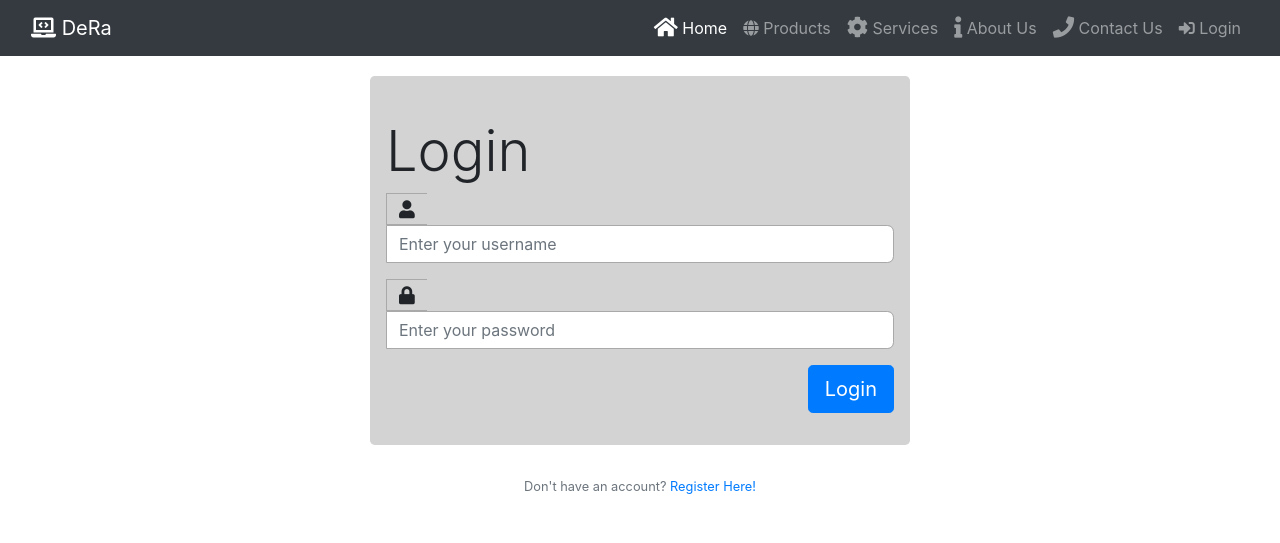
Repository: deividwsantoss/web6201-Lab1
Page: login.html
An editor plug-in stored every save of this project. The page is shown before and after the next save, followed by the edit.
The browser window is 1280 px wide. The pictures show the whole page.

Above is the page before, as saved 2021-03-03 16:05:24.

### login.html
<!DOCTYPE html>
<html lang="en">
<head>
    <meta charset="UTF-8">
    <meta name="viewport" content="width=device-width, initial-scale=1.0">
    <title>Login</title>
    <!-- CSS Section -->
    <link rel="stylesheet" href="./node_modules/bootstrap/dist/css/bootstrap.min.css">
    <link rel="stylesheet" href="./node_modules/@fortawesome/fontawesome-free/css/all.min.css">
    <link rel="stylesheet" href="./Content/app.css">
</head>
<body>
    <!-- Main Header -->
    <header>
        <!-- Main Navigation -->
        <header>
          <!-- Main Navegation-->
          <nav class="navbar navbar-expand-lg navbar-dark bg-dark">
              <div class="container-fluid">
                <a class="navbar-brand" href="index.html"><i class="fas fa-laptop-code"></i> DeRa</a>
                <button class="navbar-toggler" type="button" data-bs-toggle="collapse" data-bs-target="#navbarSupportedContent" aria-controls="navbarSupportedContent" aria-expanded="false" aria-label="Toggle navigation">
                  <span class="navbar-toggler-icon"></span>
                </button>
                <div class="collapse navbar-collapse" id="navbarSupportedContent">
                  <ul id="mainUl" class="navbar-nav ml-auto mb-2 mb-lg-0">
                    <li class="nav-item">
                      <a class="nav-link active" aria-current="page" href="index.html"><i class="fas fa-home fa-lg"></i> Home</a>
                    </li>
                    <li class="nav-item">
                      <a id="prod" class="nav-link" aria-current="page" href="products.html"><i class="fas fa-globe" name="prod"></i> Products</a>
                    </li>
                    <li class="nav-item">
                      <a class="nav-link" aria-current="page" href="services.html"><i class="fas fa-cog fa-lg"></i> Services</a>
                    </li>
                    <li class="nav-item">
                      <a id="aboutId" class="nav-link" aria-current="page" href="about.html"><i class="fas fa-info fa-lg"></i> About Us</a>
                    </li>
                    <li class="nav-item">
                      <a id="contactId" class="nav-link" aria-current="page" href="contact.html"><i class="fas fa-phone fa-lg"></i> Contact Us</a>
                    </li>
                    <li id="login" class="nav-item">
                      <a class="nav-link" aria-current="page" href="login.html"><i class="fas fa-sign-in-alt"></i> Login</a>
                    </li>
                  </ul>

                </div>
              </div>
            </nav>

      </header>

    <!-- Main Content -->
    <main class="container" id="mainContent">
      <div class="row">
          <div class="offset-md-3 col-md-6 col-sm-12">
                <div class="login" id="contentArea">
                    <h1 class="display-4">Login</h1>
                    <form id="loginForm" novalidate>

                      <div class="form-group">
                        <div class="input-group">
                          <span class="input-group-addon">
                            <i class="fa fa-user">
                            </i>
                          </span>
                          <input type="text" class="form-control" id="contactName" name="userName"  required
                          value="" placeholder="Enter your username">
                        </div>

                      </div>

                      <div class="form-group">
                        <div class="input-group">
                          <span class="input-group-addon">
                            <i class="fa fa-lock">
                            </i>
                          </span>
                          <input type="password" class="form-control" id="password" name="password"  required
                          value="" placeholder="Enter your password">
                        </div>

                      </div>
                      <div class="text-right">
                        <button id="submitButton" type="submit" class="btn btn-primary btn-lg">Login</button>
                      </div>
                    </form>

                </div>
                <p class="text-center text-muted small">
                  Don't have an account?
                  <a href="register.html">Register Here!</a>
                </p>
          </div>
      </div>
  </main>

    <!-- Main Footer -->


    <!-- Script Section-->
    <script src="./node_modules/jquery/dist/jquery.min.js"></script>
    <script src="./node_modules/bootstrap/dist/js/bootstrap.bundle.min.js"></script>
    <script src="./Scripts/namespace.js"></script>
    <script src="./Scripts/app.js"></script>
</body>
</html>

### Content/app.css
/* app.js

Author: Deivid Santos   ID: 100731640
Author: S m hasibur Rahman  ID:100765652

Date Completed: 02.04.2021
*/

html{
    height: 100%;
}
body{
    height: 100%;


}
.bg{
    background-image: url("Background-White.jpg");
    background-repeat: no-repeat;
    background-size: cover;
    background-position: center;
    opacity: 0.8;
    height: 100%;
}

.contactimage{
    background-image:url("contactimg.jpg");
    background-repeat: no-repeat;
    background-size: cover;
    background-position: center;
    opacity: 0.8;
}
.productsbg {
    background-image:url("productsbg.jpg");
    background-repeat: no-repeat;
    background-size: cover;
    background-position: center;
    opacity: 0.8;
    height: 778px;
}

.servicesbackgroud{
    height: 1200px;
    background-image:url("services.jpg");
    background-repeat: repeat;
    background-size: cover;
    background-position: center;
    opacity: 0.8;


}
.aboutus{
    background-image:url("bgimage.jpg");
    background-repeat: no-repeat;
    background-size: cover;
    background-position: center;
    opacity: 0.8;
}
#hrbg{
    background-image:url("hr.jpg");
    background-repeat: no-repeat;
    background-size: cover;
    background-position: center;
    opacity: 0.8;
}

#paragraphOne {
    color: black;
    font-size: 220%;
    margin-top: 25%;
    text-shadow: 2px 2px 4px #000;
    font-family: cursive;
    font-weight: bold;

}
h1{
    margin-top: 2%;
}

#custompg{
    width: 400px;

}

#projectsImg{
    width: 150px;
    margin-top: 10%;
}

#pic{
    width:310px; /* you can use % */
    height: auto;
}
/* */
#formId {
    margin-top: 5%;
}

#aboutmain{
    margin-top: 70px;
}
#dlParagraph{
    margin-top: 10%;
    margin-top: 20%;
    font-size: large;
    font-weight: bold;
}
#scotiaParagraph{
    margin-top: 15%;
    font-size: large;
    font-weight: bold;
}

#mainInformation{
    margin-top: 5%;
    margin-right: 0%;
    margin-left: 0%;
}
#mobileInfo{
    margin-top: 10%;
}

#canadianParagraph {
    margin-top: 15%;
    font-size: large;
    font-weight: bold;
}

.names {
    font-size: larger;
    font-weight: bold;
}

#hrMessage{
    text-align: center;
    margin-top: 200px;
    font-weight: bold;
    font-size: x-large;
}
.input-group-addon:first-child
{
    border-right: 0;
}

.input-group-addon
{
    padding: 6px 12px;
    font-size: 14px;
    font-weight: 400;
    line-height: 1;
    text-align: center;
    border: 1px solid darkgrey;
    border-radius: 4xpx;
}

.input-group-addon .fa
{
    font-size: 18px;
}

.input-group .form-control
{
    position:relative;
    z-index: 2;
    float:left;
    width: 100%;
    margin-bottom: 0;
}

.input-group .form-control:last-child
{
    border-top-left-radius: 0;
    border-bottom-left-radius: 0;
}



.login
{
    padding: 2rem 1rem;
    margin-bottom: 2rem;
    background-color: lightgrey;
    border-radius: .3rem;
    margin-top: 20px;
}

.login input
{
    background-color: white;
    border-color: darkgrey;
    border-radius: .4em;
    width: 100%;
}

### Scripts/namespace.js
/*
* Student: Deivid Santos
* ID: 100731640
*/

// namespace core

let core;

### Scripts/app.js
/* app.js

Author: Deivid Santos   ID: 100731640
Author: S m hasibur Rahman  ID:100765652

Date Completed: 02.04.2021
*/


"use strict";

((core) =>
{

    function addHr(){

        let navIn = document.getElementById("mainUl");

        let liCreate = document.createElement('li');

        liCreate.innerHTML = `<a id="prod" class="nav-link" aria-current="page" href="hr.html"><i class="fas fa-globe" name="prod"></i> Human Resources</a>`;

        navIn.insertBefore(liCreate, navIn.getElementsByTagName("li")[4]);

    }

    function addFooter(){


        const body = document.body;
        let footerNav = document.createElement('footer');

        footerNav.innerHTML = `<nav class="navbar fixed-bottom navbar-light bg-light">
        <div class="container-fluid">
          <h4 ><i class="fas fa-copyright fa-sm"></i> Copyright 2021 </h4>
      </div>
        </nav>`

        body.appendChild(footerNav);

    }

    function Projects(){
        let productsElement = document.getElementById("prod");
        let prod = `<a id="prod" class="nav-link" aria-current="page" href="products.html"><i class="fas fa-globe" name="prod"></i> Projects</a>`;


        productsElement.innerHTML = prod;

        let prodNameElement = document.getElementById("prodName");
        let projectName = `<h1 id="prodName" class="text-center">Our Projects</h1>`

        prodNameElement.innerHTML = projectName;
    }
    function displayHome(){
        let paragraphOneText = "Welcome to DeRa Development Website for WebD6201";
        let paragraphOneElement = document.getElementById("paragraphOne");

        paragraphOneElement.textContent = paragraphOneText;
        paragraphOneElement.className = "fs-6 ";
    }
    function displayAbout(){

        let NameOneText = "Deivid Santos";
        let NameOneElemenet = document.getElementById("nameOne");

        NameOneElemenet.innerText = NameOneText;

        let NameTwoText = "Hasibur Rahman";
        let NameTwoElemenet = document.getElementById("nameTwo");

        NameTwoElemenet.innerText = NameTwoText;


    }
    function displayProducts(){

        //deloitte
        let dlText = "DeRa is proud for leading the main developing project for DL."
        let dlElement = document.getElementById("dlParagraph");

        dlElement.textContent = dlText;

        //Scotia
        let scotiaText = "Another Big company we are proud to have worked with"
        let scotiaElement = document.getElementById("scotiaParagraph");

        scotiaElement.textContent = scotiaText;
        // Canadian Tire

        let canadianParagraphText = "In 2020 we had the opportunity to work with one of the biggest companies in Canada! ";
        let canadianElement = document.getElementById("canadianParagraph");

        canadianElement.innerText = canadianParagraphText;

    }
    function displayHR(){
        let hrText = "Please, our Human Resources would be happy to get in touch with you by humanresources@dera.ca";
        let hrElement = document.getElementById("hrMessage");

        hrElement.innerText = hrText;
    }
    function displayServices(){

        //intro text
        let servicesIntroText = "DeRa Development can provide you the best customized solution for you";
        let servicesIntroElement = document.getElementById("serviceIntro");
        servicesIntroElement.textContent = servicesIntroText;

        // custom dev text
        let customParagraphText = "DeRa Development have been delivering successful custom programs to our clients since the date we were born. \nSince DeRa was born we have seen a rapid change in website technology which we were always able to adapt";
        let customParagraphElement = document.getElementById("customParagraph");

        customParagraphElement.innerText = customParagraphText;

        //mobile text

        let mobileParagraphText = "We have the knowledge and skills to provide you the best quality solution for any kind of device. \nMobile development is one of our strengths.";
        let mobileParagraphElement = document.getElementById("mobileInfo");

        mobileParagraphElement.innerText = mobileParagraphText;

        //design paragraph
        let webDesignParagraphText = "Our high quality design makes the user interaction a whole new journey";
        let webDesignParagraphElement = document.getElementById("DesParagraph");

        webDesignParagraphElement.innerText = webDesignParagraphText;
    }
    function displayContact(){

        let messageArea = document.getElementById("messageArea");
        messageArea.hidden = true;

        //Form Validation...

        let fullName = document.getElementById("fullName");
        fullName.addEventListener("blur", function(){
            if(fullName.value.length < 2){
                fullName.focus;
                fullName.select();
                messageArea.hidden = false;
                messageArea.className = "alert alert-danger";
                messageArea.textContent = "Please, Enter an appropriate name."
            }
            else{
                messageArea.removeAttribute("Class");
                messageArea.hidden = true;
            }
        });

        //validating number
        let contactNumber = document.getElementById("contactNumber");
        contactNumber.addEventListener("blur", function(){

            if(contactNumber.value.length < 10 || contactNumber.value.length > 10 )
            {
                contactNumber.focus;
                contactNumber.select();
                messageArea.hidden = false;
                messageArea.className = "alert alert-danger";
                messageArea.textContent = "Please, Insert a valid Number";
            }
            else {
                messageArea.removeAttribute("Class");
                messageArea.hidden = true;
            }

        });

        // Validating short text
        let shortMessage = document.getElementById("shortMessage");
        shortMessage.addEventListener("blur", function(){

            if(shortMessage.value.length > 50){
                shortMessage.focus;
                shortMessage.select();
                messageArea.hidden = false;
                messageArea.className = "alert alert-danger";
                messageArea.textContent = "Maximum characters allowed (50)";
            }
            else{
                messageArea.removeAttribute("Class");
                messageArea.hidden = true;
            }
        });

        let sendButton = document.getElementById("sendButton");
        sendButton.addEventListener("click", function(event){
            event.preventDefault();
        });
        document.getElementById("sendButton").onclick = function (){
            location.href = "index.html"
        };

    }
    function displayLogin(){
        let messageArea = $("#messageArea");
      messageArea.hide();

      $("#loginButton").on("click", function()
      {
        let username = $("#username");
        let password = $("#password");
        let success = false;
        let newUser = new core.User();

        // use ajax to access the json file
        $.get("./Data/users.json", function(data)
        {
          // check each user in the users.json file  (linear search)
          for (const user of data.users)
          {
            if(username.val() == user.Username && password.val() == user.Password)
            {
              newUser.fromJSON(user);
              success = true;
              break;
            }
          }

          // if username and password matches - success... then perform login
          if(success)
          {
            // add user to session storage
            sessionStorage.setItem("user", newUser.serialize());

            // hide any error message
            messageArea.removeAttr("class").hide();

            // redirect user to secure area - contact-list.html
            location.href = "contact-list.html";
          }
          else
          {
            // display an error message
            username.trigger("focus").trigger("select");
            messageArea.show().addClass("alert alert-danger").text("Error: Invalid login information");
          }
        });
      });

      $("#cancelButton").on("click", function()
      {
        // clear the login form
        document.forms[0].reset();
        // return to the home page
        location.href = "index.html";
      });

    }
    function displayContactList()
    {
      if (localStorage.length > 0)
      {
        let contactList = document.getElementById("contactList");

        let data = "";

        for (let index = 0; index < localStorage.length; index++)
        {
          let contactData = localStorage.getItem((index + 1).toString());

          let contact = new core.Contact();
          contact.deserialize(contactData);

          data += `<tr>
          <th scope="row">${index + 1}</th>
          <td>${contact.FullName}</td>
          <td>${contact.ContactNumber}</td>
          <td>${contact.EmailAddress}</td>
          <td class="text-center"><button value="${index + 1}" class="btn btn-primary btn-sm edit"><i class="fas fa-edit fa-sm"></i> Edit</button></td>
          <td class="text-center"><button value="${index + 1}" class="btn btn-danger btn-sm delete"><i class="fas fa-trash-alt fa-sm"></i> Delete</button></td>
        </tr>`;
        }

        contactList.innerHTML = data;

        //TODO - need to create an edit page
        $("button.edit").on("click", function(){
          console.log($(this).val());
         });

         //TODO - need to fix this item - it breaks when we delete a middle item
         $("button.delete").on("click", function(){
           if(confirm("Are you sure?"))
           {
            localStorage.removeItem($(this).val());
            location.href = "contact-list.html"; // refresh the page
           }
         });
      }
    }



    function Start(){
        console.log("App Start...");

        switch (document.title) {

            case 'Home':
                displayHome();
                break;
            case 'About':
                displayAbout();
                break;
            case 'Products':
                displayProducts();
                break;
            case 'Services':
                displayServices();
                break;
            case 'Contact':
                displayContact();
                break;
            case 'HR':
                displayHR();
                break;
            case 'Login':
                displayLogin();
                break;
            case 'Register':
                break;

        }


    }

  //  window.addEventListener("load",addFooter);
   // window.addEventListener("load",Projects);
   // window.addEventListener("load",Start);
   // window.onload = addHr();

   window.addEventListener("load", Start);

    core.Start = Start;

})(core || (core={}));

Loaded but not shown: node_modules/bootstrap/dist/css/bootstrap.min.css (library); node_modules/@fortawesome/fontawesome-free/css/all.min.css (library); node_modules/jquery/dist/jquery.min.js (library); node_modules/bootstrap/dist/js/bootstrap.bundle.min.js (library)

After the next save:
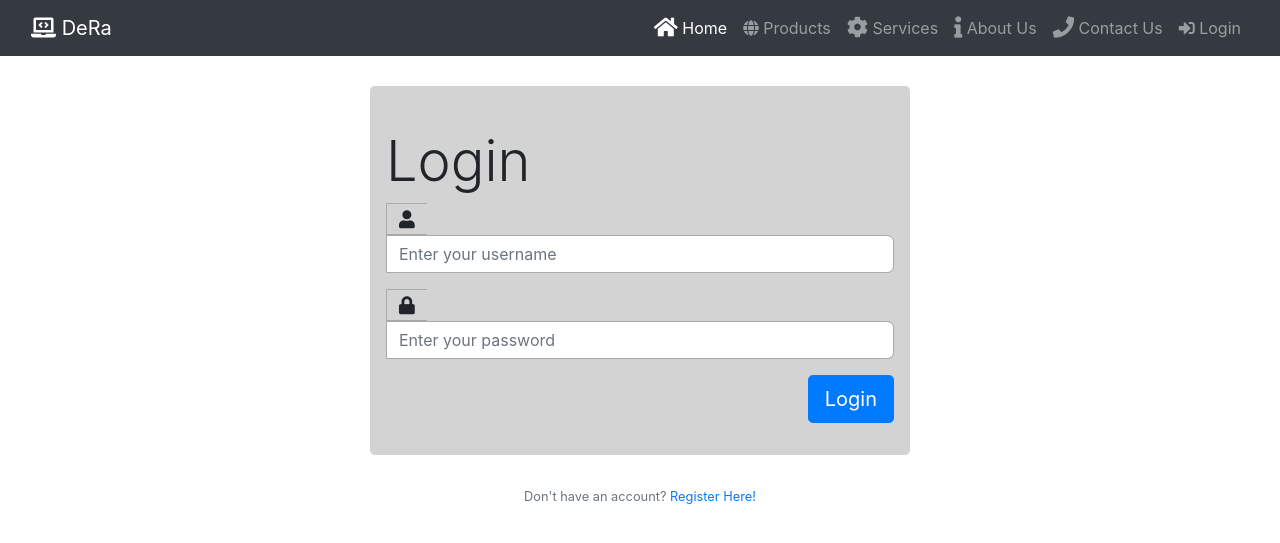
Saved 4 s later.
--- a/Content/app.css
+++ b/Content/app.css
@@ -181,7 +181,7 @@ h1{
     margin-bottom: 2rem;
     background-color: lightgrey;
     border-radius: .3rem;
-    margin-top: 20px;
+    margin-top: 30px;
 }
 
 .login input
